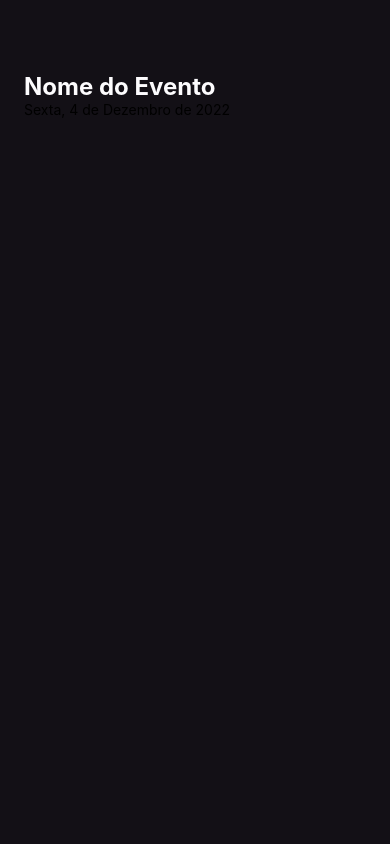
Repository: guilhermecardoso93/reactNative-ignite-imhere
Screen: /
An editor plug-in stored every save of this project. The screen is shown before and after the next save, followed by the edit.
The app was drawn by React Native's web renderer in a window 390 px wide. The project was rebuilt for these pictures with package versions that can differ from the ones it lists, and the page was loaded fresh each time.

Above is the screen before, as saved 2022-10-02 19:10:34.

### App.tsx
import { Text, View, StyleSheet } from "react-native";

export default function App() {
  return (
    <View style={styles.container}>
      <Text style={styles.eventName}>Nome do Evento</Text>
      <Text>Sexta, 4 de Dezembro de 2022</Text>
    </View>
  );
}

const styles = StyleSheet.create({
  container: {
    flex: 1,
    padding: 24,
    backgroundColor: "#131016",
  },
  eventName: {
    color: "#fdfcfe",
    fontSize: 24,
    fontWeight: "bold",
    marginTop: 48,
  },
  eventDate :{
    color: '#6b62b6',
    fontSize:16
  }
});

After the next save:
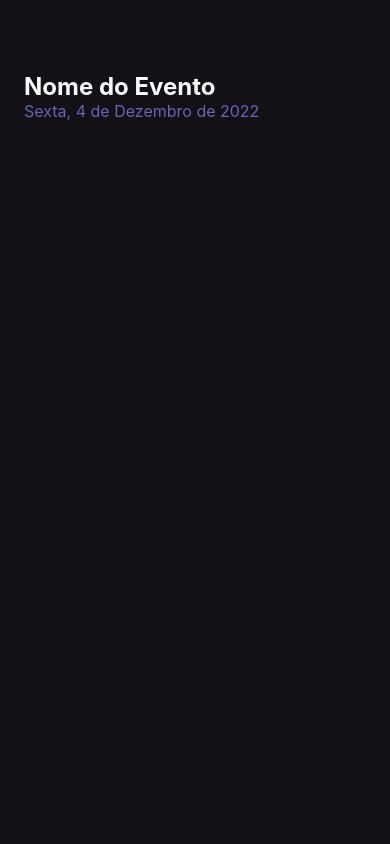
Saved 10 s later.
--- a/App.tsx
+++ b/App.tsx
@@ -4,7 +4,7 @@ export default function App() {
   return (
     <View style={styles.container}>
       <Text style={styles.eventName}>Nome do Evento</Text>
-      <Text>Sexta, 4 de Dezembro de 2022</Text>
+      <Text style={styles.eventDate}>Sexta, 4 de Dezembro de 2022</Text>
     </View>
   );
 }
@@ -21,8 +21,8 @@ const styles = StyleSheet.create({
     fontWeight: "bold",
     marginTop: 48,
   },
-  eventDate :{
-    color: '#6b62b6',
-    fontSize:16
-  }
+  eventDate: {
+    color: "#6b62b6",
+    fontSize: 16,
+  },
 });
